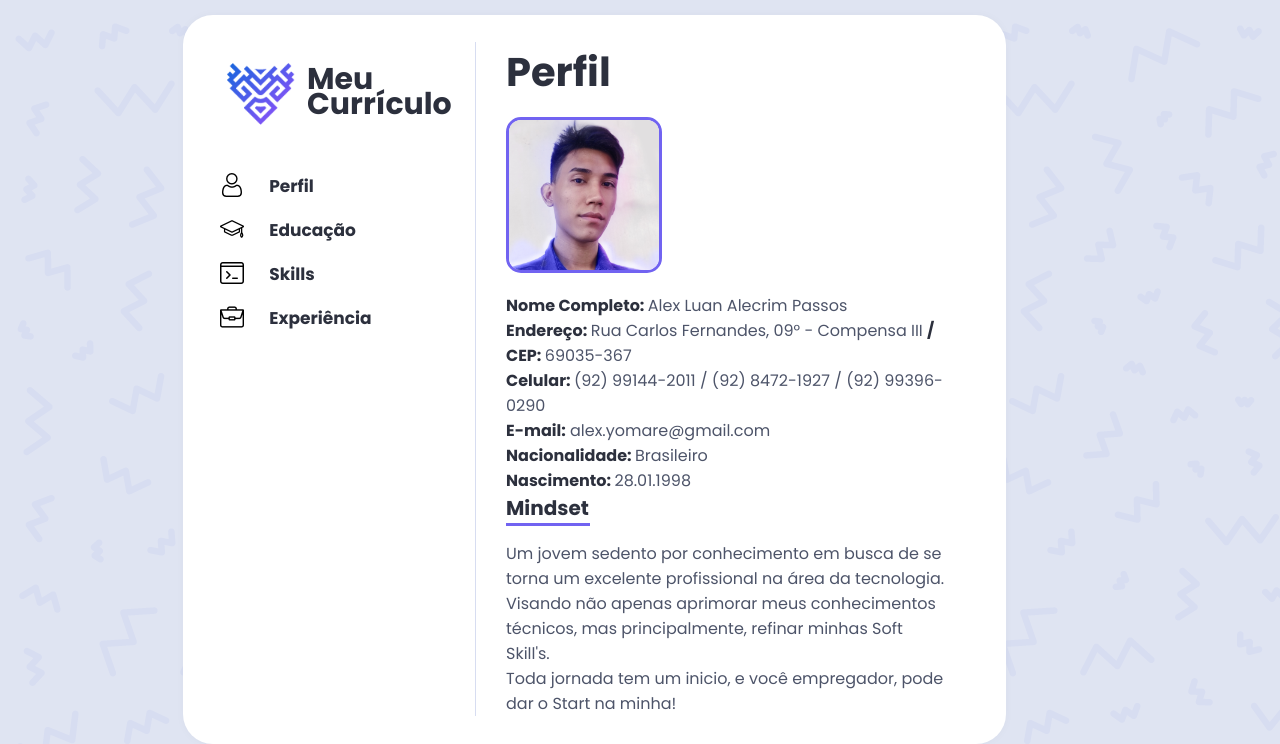
Repository: 4lex-passos/MeuPrimeiroSite
Page: index.html
These files come from the project's save history. The page is drawn as it stood at one moment and after the next save; the edit follows.
The browser window is 1280 px wide. The pictures show the whole page.

Above is the page before, as saved 2020-10-02 16:30:38.

### index.html
<!DOCTYPE html>

<html>
  <head lang="pt-br">
    <meta charset="UTF-8">
    <meta name="viewport" content="width=device-width, initial-scale=1.0">
    <link rel="stylesheet" href="css/style.css">
    <link rel="shortcut icon" type="image/png" href="imagens/Owl.png">
    <title>Meu Currículo</title>
  </head>

  <body>
    <div class="conteiner">
      <div class="box">

        <aside class="naveg">
          <header class="logo">
            <img src="imagens/Owl.png"
                 alt="Foto de perfil">
            <h1>Meu<br>Currículo</h1>
          </header>
          <main>
            <nav>
              <ul>
                <li>
                  <img src="imagens/perfil-icon.png">
                  <a href="index.html" class="icon">Perfil</a>
                </li>
                <li>
                  <img src="imagens/education-icon.png">
                  <a href="educacao.html" class="icon">Educação</a>
                </li>
                <li>
                  <img src="imagens/skills-icon.png">
                  <a href="skills.html" class="icon">Skills</a>
                </li>
                <li>
                  <img src="imagens/experiencia-icon.png">
                  <a href="experiencia.html" class="icon">Experiência</a>
                </li>
              </ul>
            </nav>
          </main>
        </aside>

        <aside class="feed">
          <main>
            <h1>Perfil</h1>
            <div class="painel">
              <img  src="imagens/perfil.png"
                    id="myImg"
                    onclick="myFunction()"
                    onmouseout="myFunction2()">
              <div class="info-box">
                <h2>Nome Completo: <span class="info">Alex Luan Alecrim Passos</span></h2>
                <h2>Endereço: <span class="info">Rua Carlos Fernandes, 09° - Compensa III </span>/ CEP: <span class="info">69035-367</span></h2>
                <h2>Celular: <span class="info">(92) 99144-2011 / (92) 8472-1927 / (92) 99396-0290</span></h2>
                <h2>E-mail:<span class="info"> alex.yomare@gmail.com</span></h2>
                <h2>Nacionalidade: <span class="info">Brasileiro</span></h2>
                <h2>Nascimento: <span class="info">28.01.1998</span></h2>
              </div>
            </div>
            <h3>Mindset</h3>
            <p>Um jovem sedento por conhecimento em busca de
              se torna um excelente profissional na área da tecnologia.
              Visando não apenas aprimorar meus conhecimentos técnicos, mas principalmente, refinar minhas Soft Skill's.<br>
              Toda jornada tem um inicio, e você empregador, pode dar o Start na minha! </p>
          </main>
        </aside>

      </div>
    </div>
    <script>
      function myFunction() {
        document.getElementById("myImg").style.height = "100%";
        document.getElementById("myImg").style.width = "100%";
      }
      function myFunction2() {
        document.getElementById("myImg").style.height = "150px";
        document.getElementById("myImg").style.width = "150px";
      }
      </script>
  </body>
</html>

### css/style.css
@import url('https://fonts.googleapis.com/css2?family=Poppins:wght@400;700;900&display=swap');

/*============================
| GERAL*/
html{
  font-size: 62.5%;
  color: #232325;
  font-family: 'Poppins', sans-serif;
}
body{

  background: url("../imagens/pattern2.png");
  box-sizing: border-box;
  font-size: 1.6rem;
  margin: 0;
  padding:0;
  width: 100%;
  height: 100%;
}

/*============================
| ESTILO DA PAGINA TOTAL*/
.conteiner{
  width: 100vw;
  height: 100vh;

  display: grid;
  grid-template-columns: 1fr 5fr 1fr;
  grid-template-rows: 1fr 1fr 1fr;
  grid-template-areas:". . ."
                      ". b ."
                      ". . .";
}
.box{
  display:flex;
  flex-flow: row wrap;
  grid-area: b;

  width: 60vw;
  background: #ffffff;
  border-radius: 30px;
  box-shadow: 0px 0px 10px rgba(0,0,0,.030);
  padding: 3%;
  margin-top: 15px;
}

/*============================
| CONTEINER DO MENU DE NAVEGAÇÃO*/
.naveg{
  display:flex;
  flex-flow: column;
  flex-grow: 1;
  flex-basis: 10vw;
  border-radius: 15px;
  padding: 10px 30px 10px 10px;
}
.naveg header.logo{
  display:flex;
  border-radius: 15px;
  align-items: top;
  padding: 0px;
}
.naveg header.logo img{
  margin-right: 3%;
  width: 80px;
  height: 80px;
}
.naveg header.logo h1{
  line-height: 25px;
  font-size: 3.0rem;
  color: #2c303d;
  margin-top: 1.5rem;
}
main nav ul{
  display: flex;
  flex-flow: column;
  padding:0px;
}
main nav ul li{
  display: flex;
  margin-top: 10px;
  padding: 5px 0px 5px 0px;
  list-style: none;
}
main nav ul li a{
  font-size: 1.7rem;
  text-decoration: none;
  font-weight: bolder;
  width: 100%;
  color: #2c303d;
  margin-left: 2.5rem;
}

main nav ul li a:hover{
  background: -webkit-linear-gradient(top left, #2065DF, #A28AF8);
  background: -moz-linear-gradient(top left, #2065DF, #A28AF8);
  background: linear-gradient(to bottom right, #2065DF, #A28AF8);
  -webkit-background-clip: text;
  -webkit-text-fill-color: transparent;
  font-size: 1.9rem;
  transition-duration: .1s;
}
main nav ul li .icon{
  height: 24px;
}

/*============================
| CONTEINER DO CONTEÚDO*/
.feed{
  margin: 0px;
  display: flex;
  width: 40%;
  padding: 0 30px 0 30px;
  flex-grow: 7;
  border-left: 1px solid #d7ddf1;
}
main{
  width: 100%;
}
.feed main h1{
  margin: 0 0 15px 0;
  font-size: 4.0rem;
  color: #2c303d;
}
p{
  color: #4d5469;
  margin: 0;
}
h6{
  font-size: 2.0rem;
  border-left: 5px solid #7163f1;
  padding-left: 10px;
  margin-bottom: 5px;
}
/*============================
| PERFIL*/
.feed main .painel{
  display: flex;
  flex-flow: row wrap;
  border-radius: 1.5rem;
}

.feed main img{
  width: 15.0rem;
  height: 15.0rem;
  border-radius: 1.5rem;
  margin: 0 2.0rem 2.0rem 0;
}.feed main img#myImg{
  transition-duration:.5s;
  border: 3px solid #7163f1;
}
.feed main h2{
  color:#2c303d;
  font-size: 1.6rem;
  line-height: 2.5rem;
  margin: 0px;
}
.feed main h3{
  margin: 0 0 15px 0;
  width: 8.4rem;
  color:#2c303d;
  font-size: 2.0rem;
  border-bottom: 3px solid #7163f1;
}
.feed main span.info{
  color: #4d5469;
  font-weight: normal;
}

/*============================
| EDUCAÇÃO: ENSINO MÉDIO*/
.feed main .cards{
  width: 100%;
  display: flex;
  flex-flow: wrap row;
  justify-content: space-between;
}
div.en-medio .over{
  display: flex;
  justify-content: center;
  align-items: center;
  position: absolute;
  width: 100%;
  height: 100%;
  background: #ffffff;
  border-radius: 1.5rem;
  transition-duration: .3s;
}
div.en-medio .over:hover{
  opacity: 0%;
  transition-duration: .2s;
}
.feed main .en-medio{
  position: relative;
  display: flex;
  flex-flow: wrap column;
  justify-content: center;
  align-items: center;
  color:#ffffff;
  border-radius: 1.5rem;
  width: 39.0rem;
  height: 400px;
  margin-bottom: 20px;
}

div.en-medio h1{
  line-height: 5.0rem;
  color:rgba(0,0,0,.4);
  background: -webkit-linear-gradient(top left, #2065DF, #A28AF8);
  background: -moz-linear-gradient(top left, #2065DF, #A28AF8);
  background: linear-gradient(to bottom right, #2065DF, #A28AF8);
  -webkit-background-clip: text;
  -webkit-text-fill-color: transparent;
  font-size: 4.5rem;
  text-align: center;
  padding: 10px 0 10px 0;
}
div.en-medio h2{
  margin: 10px 0 10px 0;
  color: #8cbd18;
  font-size: 4.0rem;
  text-align: center;
}
div.en-medio p{
  width: 80%;
  color: #2c303d;
  font-size: 1.5rem;
  text-align: center;
  margin: 0px;
}
div.en-medio h4{
  margin: 0%;
  width: 80%;
  color: #2c303d;
  font-size: 3.5rem;
  text-align: center;
}
div.en-medio h5{
  margin: 0%;
  width: 80%;
  color: #ffffff;
  font-size: 6.5rem;
  text-align: center;
}
/*============================
| EDUCAÇÃO: ENSINO SUPERIOR*/
div.en-superior .over{
  display: flex;
  justify-content: center;
  align-items: center;
  position: absolute;
  width: 100%;
  height: 100%;
background: #ffffff;
  border-radius: 1.5rem;
  transition-duration: .3s;
}
div.en-superior .over:hover{
  opacity: 0%;
  transition-duration: .2s;
}
.feed main .en-superior{
  position: relative;
  display: flex;
  flex-flow: wrap column;
  justify-content: center;
  align-items: center;
  color:#ffffff;
  border-radius: 1.5rem;
  width: 39.0rem;
  height: 400px;
}

div.en-superior h1{
  line-height: 5.0rem;
  color:rgba(0,0,0,.4);
  background: -webkit-linear-gradient(top left, #2065DF, #A28AF8);
  background: -moz-linear-gradient(top left, #2065DF, #A28AF8);
  background: linear-gradient(to bottom right, #2065DF, #A28AF8);
  -webkit-background-clip: text;
  -webkit-text-fill-color: transparent;
  font-size: 4.5rem;
  text-align: center;
  padding: 10px 0 10px 0;
}
div.en-superior h2{
  margin: 10px 0 10px 0;
  color: #f1a71e;
  font-size: 4.0rem;
  text-align: center;
}
div.en-superior p{
  width: 80%;
  color: #2c303d;
  font-size: 1.5rem;
  text-align: center;
  margin: 0px;
}
div.en-superior h4{
  margin: 0%;
  width: 80%;
  color: #2c303d;
  font-size: 2.5rem;
  text-align: center;
}
div.en-superior h5{
  margin: 0%;
  width: 80%;
  color: #ffffff;
  font-size: 6.5rem;
  text-align: center;
}

@media (max-width: 600px) {
  .naveg header.logo h1{
    color: #2065DF;
  }
}

After the next save:
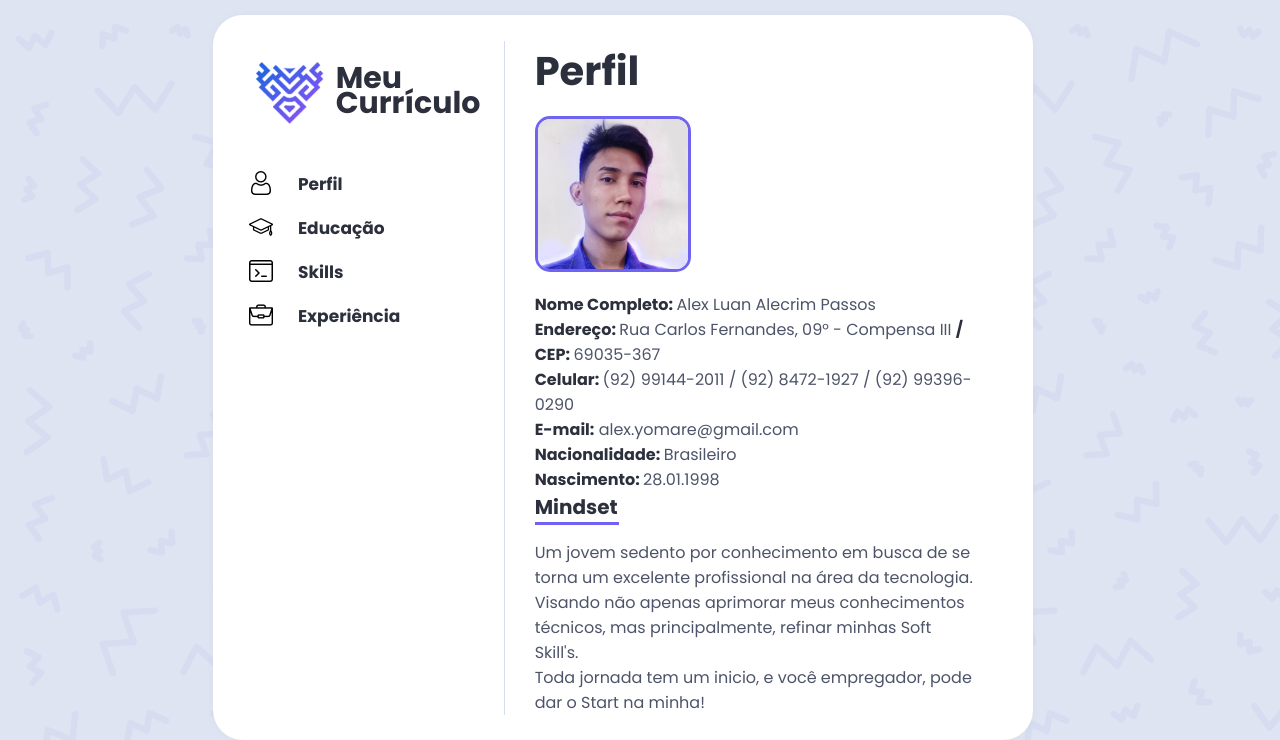
Saved 4 s later.
--- a/css/style.css
+++ b/css/style.css
@@ -25,7 +25,7 @@ body{
   height: 100vh;
 
   display: grid;
-  grid-template-columns: 1fr 5fr 1fr;
+  grid-template-columns: 1fr 4fr 1fr;
   grid-template-rows: 1fr 1fr 1fr;
   grid-template-areas:". . ."
                       ". b ."
